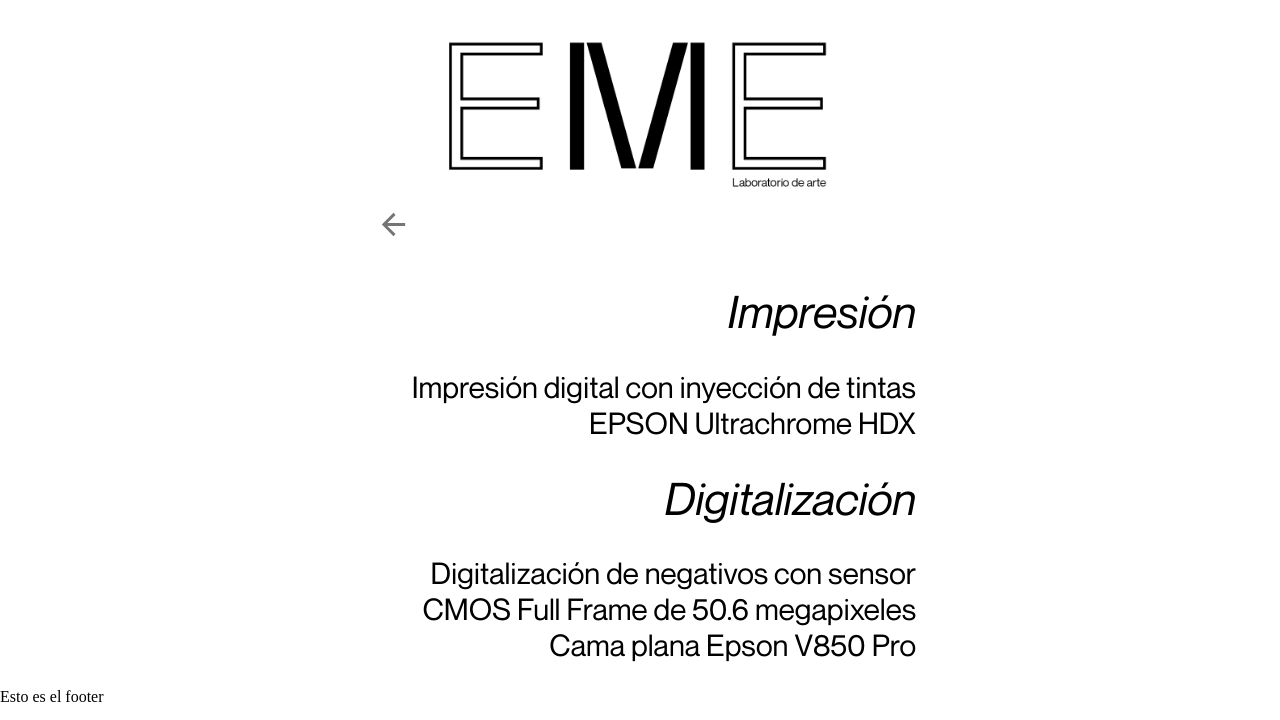
Repository: Manuelujano/eme-lab
Page: /digital
An editor plug-in stored every save of this project. The page is shown before and after the next save, followed by the edit.
The browser window is 1280 px wide. The pictures show the whole page.
Some web fonts or font styles are not loaded; a fallback is used. The project was rebuilt for these pictures with package versions that can differ from the ones it lists, and the page was loaded fresh each time. Also part of the build but not shown: src/components/Pegaso.js, src/components/Motion.js, src/components/Prueba.js, src/components/Trail.js, src/components/Restauracion.js, src/components/Revelado.js.

Above is the page before, as saved 2020-10-27 23:28:59.

### public/index.html
<!DOCTYPE html>
<html lang="en">
  <head>
    <meta charset="utf-8" />
    <link rel="icon" href="%PUBLIC_URL%/favicon.ico" />
    <meta name="viewport" content="width=device-width, initial-scale=1" />
    <meta name="theme-color" content="#000000" />
    <link href="//db.onlinewebfonts.com/c/7980cc1889b6b0b264dc47cca659f7c2?family=Neue+Montreal" rel="stylesheet" type="text/css"/>
    <meta
      name="description"
      content="Web site created using create-react-app"
    />
    <link rel="apple-touch-icon" href="%PUBLIC_URL%/logo192.png" />
    <!--
      manifest.json provides metadata used when your web app is installed on a
      user's mobile device or desktop. See https://developers.google.com/web/fundamentals/web-app-manifest/
    -->
    <link rel="manifest" href="%PUBLIC_URL%/manifest.json" />
    <!--
      Notice the use of %PUBLIC_URL% in the tags above.
      It will be replaced with the URL of the `public` folder during the build.
      Only files inside the `public` folder can be referenced from the HTML.

      Unlike "/favicon.ico" or "favicon.ico", "%PUBLIC_URL%/favicon.ico" will
      work correctly both with client-side routing and a non-root public URL.
      Learn how to configure a non-root public URL by running `npm run build`.
    -->
    <title>EME-Lab</title>
  </head>
  <body>
    <noscript>You need to enable JavaScript to run this app.</noscript>
    <div id="root"></div>
    <!--
      This HTML file is a template.
      If you open it directly in the browser, you will see an empty page.

      You can add webfonts, meta tags, or analytics to this file.
      The build step will place the bundled scripts into the <body> tag.

      To begin the development, run `npm start` or `yarn start`.
      To create a production bundle, use `npm run build` or `yarn build`.
    -->
  </body>
</html>

### src/index.js
import React from 'react';
import ReactDOM from 'react-dom';
import { BrowserRouter } from 'react-router-dom';
import './index.css';
import App from './App';


ReactDOM.render(
  <BrowserRouter>
    <App />
  </BrowserRouter>,
  document.getElementById('root')
);

### src/index.css
body {
  margin: 0;
  font-family: "Neue Montreal";
  -webkit-font-smoothing: antialiased;
  -moz-osx-font-smoothing: grayscale;
}
@font-face {
  font-family: 'Montreal';
  src: url(font/NeueMontreal-Regular.woff);
  font-style: normal;
  font-weight: 100;

}
@font-face {
  font-family: 'Montreal';
  src: url(font/NeueMontreal-RegularItalic.woff);
  font-style: italic;
  font-weight: 100;
}

.trails-main {
  position: relative;
  width: 100%;
  height: 100%;
  overflow: hidden;
  cursor: pointer;
  display: flex;
  justify-content: center;
  align-items: center;
  transform: rotate(90deg);
}

.trails-text {
  position: relative;
  width: 100%;
  height: 70px;
  line-height:70px;
  color: black;
  font-size: 4em;
  font-weight: 100;
  text-transform: uppercase;
  will-change: transform, opacity;
  overflow: hidden;
}

.trails-text > div {
  overflow: hidden;
}
code {
  font-family: source-code-pro, Menlo, Monaco, Consolas, 'Courier New',
    monospace;
}

.logo {
  display: block;
  margin: auto;
  width: 400px;
  padding-top: 2rem;
}
.flex-container {
    display: flex;
    flex-direction: column;

}
.link {
  text-decoration: none;
  color: black;
}
.link:hover{
  font-style: italic;
}
.pegaso {
  position: absolute;
  top: 300px;
  width: 600px;
  left: 650px;

}

.titulos {
  font-size: 55px;
  font-family: 'Montreal';
  font-weight: 100;
  letter-spacing: 1px;
}
.tituloin{
  font-size: 45px;
  font-family: 'Montreal';
  font-style: italic;
  font-weight: 100;

}
.textos {
  font-size: 30px;
  font-family: 'Montreal';
  font-weight: 100;
}
.container{
  text-align: right;
}
.boton{
  padding-right: 100%;
}

.contdig {
  position: absolute;
  top: 360px;
  left: 1175px;
  width: 300px;
  height: 200px;


  transform: rotate(90deg);
}
.cons {
  position: absolute;
  left: 650px;
  top: 190px;

}
.res {
  position: absolute;
  top: 380px;
  left: 410px;
  transform: rotate(270deg);
}
.rev {
  position: absolute;
  top: 630px;
  left: 650px;
}

@media screen and (min-width: 780px) and (max-width: 1440px) {
  .logo {
    display: block;
    margin: auto;
    width: 400px;
    padding-top: 2rem;
  }
  .pegaso {
    position: absolute;
    top: 300px;
    width: 550px;
    left: 30%;

  }
  .titulos {
    font-size: 50px;
    font-family: 'Montreal';
    font-weight: 100;
    letter-spacing: 1px;
  }
  .contdig {
    position: absolute;
    top: 360px;
    left: 65%;
    transform: rotate(90deg);
  }
  .cons {
    position: absolute;
    left: 30%;
    top: 195px;

  }
  .res {
    position: absolute;
    top: 200px;
    left: 0;
    right: 44%;
    transform: rotate(270deg);
  }
  .rev {
    position: absolute;
    top: 600px;
    left: 30%;
  }
  .tituloin{
    font-size: 45px;
    font-family: 'Montreal';
    font-style: italic;
    font-weight: 100;

  }
  .textos {
    font-size: 30px;
    font-family: 'Montreal';
    font-weight: 100;
  }
}

@media screen and (min-width: 480px) and (max-width: 780px) {
  .logo {
    display: block;
    margin: auto;
    width: 300px;
    padding-top: 2rem;
  }
  .pegaso {
    position: absolute;
    top: 350px;
    width: 420px;
    left: 20%;

  }
  .titulos {
    font-size: 35px;
    font-family: 'Montreal';
    font-weight: 100;
    letter-spacing: 1.5px;
  }
  .contdig {
    position: absolute;
    top: 410px;
    left: 56%;
    transform: rotate(90deg);
  }
  .cons {
    position: absolute;
    left: 20%;
    top: 285px;

  }
  .res {
    position: absolute;
    top: 415px;
    left: 0;
    right: 65%;
    transform: rotate(270deg);
  }
  .rev {
    position: absolute;
    top: 590px;
    left: 20%;
  }
  .tituloin{
    font-size: 35px;
    font-family: 'Montreal';
    font-style: italic;
    font-weight: 100;

  }
  .textos {
    font-size: 20px;
    font-family: 'Montreal';
    font-weight: 100;
  }
}
@media screen and (min-width: 300px) and (max-width: 480px) {
  .logo {
    display: block;
    margin: auto;
    width: 200px;
    padding-top: 2rem;
  }
  .pegaso {
    position: absolute;
    top: 250px;
    width: 250px;
    left: 15%;

  }
  .titulos {
    font-size: 20px;
    font-family: 'Montreal';
    font-weight: 100;

  }
  .contdig {
    position: absolute;
    top: 305px;
    left: 32%;
    transform: rotate(90deg);
  }
  .cons {
    position: absolute;
    left: 15%;
    top: 210px;

  }
  .res {
    position: absolute;
    top: 320px;
    left: 0;
    right: 76%;
    transform: rotate(270deg);
  }
  .rev {
    position: absolute;
    top: 390px;
    left: 15%;
  }
  .tituloin{
    font-size: 20px;
    font-family: 'Montreal';
    font-style: italic;
    font-weight: 100;

  }
  .textos {
    font-size: 12px;
    font-family: 'Montreal';
    font-weight: 100;
  }
}

### src/App.js
import React from 'react';
import Header from './components/Header';
import Motion from './components/Motion';
import Pegaso from './components/Pegaso';
import { AnimatePresence } from 'framer-motion';
import { BrowserRouter as Router, Switch, Route, useLocation } from 'react-router-dom';

import Prueba from './components/Prueba';

import Digital from './components/Digital';
import Trail from './components/Trail';
import Restauracion from './components/Restauracion';
import Revelado from './components/Revelado';
import Footer from './components/Footer';




function App() {

  return (
  <Router>
    <Header/>


      <Switch>
      <Route exact path='/' render={()=> <Pegaso/>}/>
      <Route path='/digital' render={()=> <Digital/>}/>
      <Route path='/restauracion' render={()=> <Restauracion/>}/>
      <Route path='/revelado' render={()=> <Revelado/>}/>
      </Switch>


    <Footer/>
  </Router>
  );
}

export default App;

### src/components/Header.js
import React from 'react';

import { Link } from 'react-router-dom';

import logoblanco from '../img/logoblanco.png';


const Header = () => {
    return (
        <header>


            <Link to='/'>
            <img  className="logo" src={logoblanco}/>
            </Link>

        </header>
    )
}

export default Header

### src/components/Digital.js
import React from 'react'
import Container from '@material-ui/core/Container';
import { Link } from 'react-router-dom';
import ArrowBackIcon from '@material-ui/icons/ArrowBack';
import IconButton from '@material-ui/core/IconButton';

const Digital = () => {
    return (
        <div>
            <Container maxWidth="sm">
            <div className="container">
            <div className="boton">
            <Link to='/'>
                <IconButton >
                <ArrowBackIcon  fontSize="large" color="inherent"/>
                </IconButton>
            </Link>
            </div>
            <h1 className="tituloin">Impresión</h1>


            <h2 className="textos">Impresión digital con inyección
                de tintas EPSON Ultrachrome HDX</h2>
            <h1 className="tituloin">Digitalización</h1>
            <h2 className="textos">Digitalización de negativos con
                sensor CMOS Full Frame de 50.6 megapixeles
                Cama plana Epson V850 Pro</h2>
             </div>
            </Container>
        </div>
    )
}

export default Digital

### src/components/Footer.js
import React from 'react';

import { Link } from 'react-router-dom';




const Footer = () => {
    return (
        <footer className="footer">
        Esto es el footer

        </footer>
    )
}

export default Footer

After the next save:
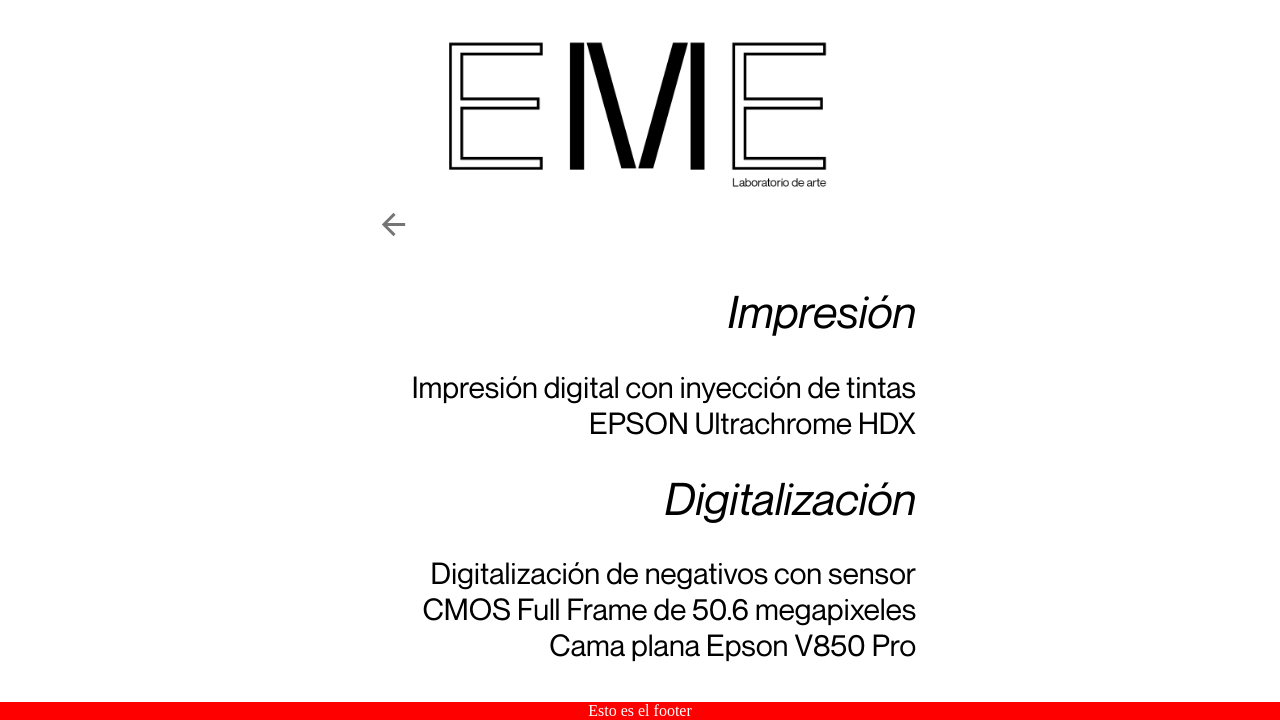
Saved 66 s later.
--- a/src/index.css
+++ b/src/index.css
@@ -129,7 +129,15 @@
   top: 630px;
   left: 650px;
 }
-
+.footer {
+  position: fixed;
+  left: 0;
+  bottom: 0;
+  width: 100%;
+  background-color: red;
+  color: white;
+  text-align: center;
+}
 @media screen and (min-width: 780px) and (max-width: 1440px) {
   .logo {
     display: block;
